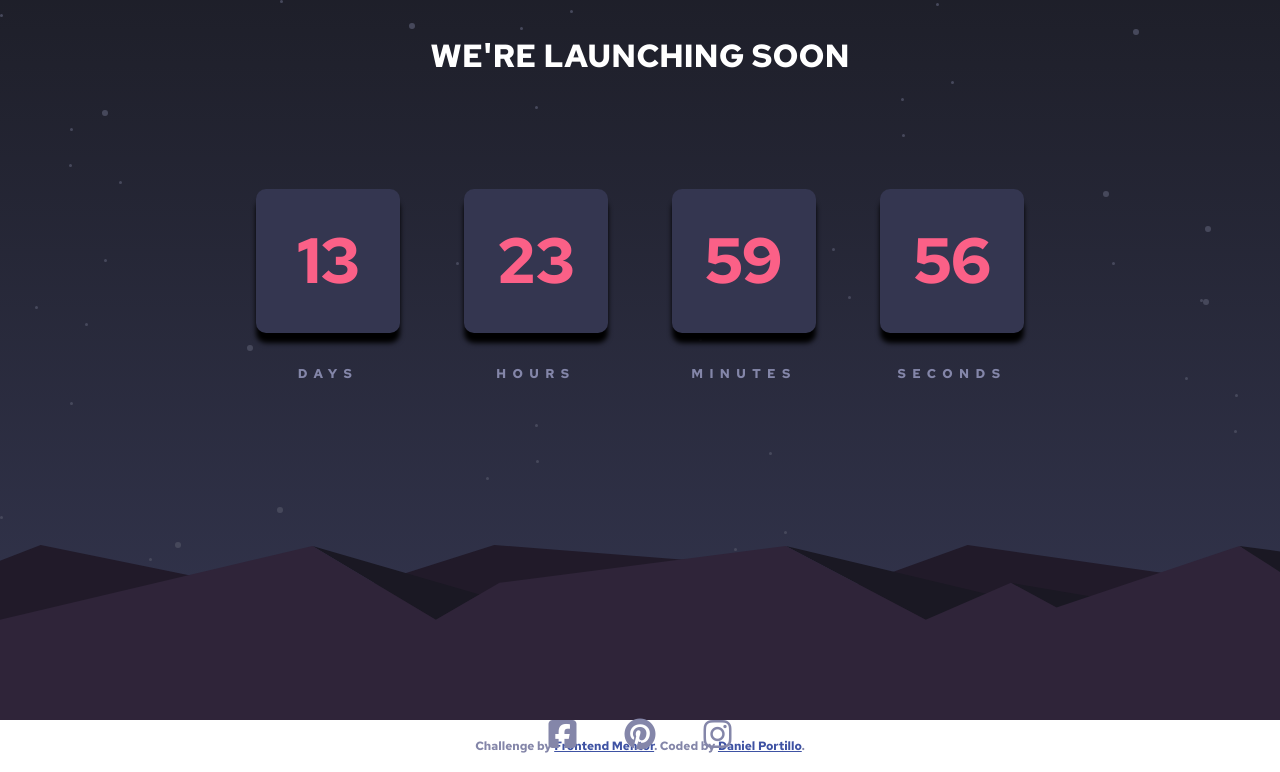
Repository: dportillo23/launch-countdown-timer-main
Page: index.html
The author's editor kept a copy of each file at every save. The page is drawn from the files as they stood at one save, then again after the next save.
The browser window is 1280 px wide. The pictures show the whole page.
Some web libraries are served in a nearby version. The style sheet was rebuilt from its Sass, Less or Tailwind sources for each picture, by a compiler version that may differ from the author's.

Above is the page before, as saved 2021-07-01 14:31:22.

### index.html
<!DOCTYPE html>
<html lang="en">

<head>
  <meta charset="UTF-8">
  <meta name="viewport" content="width=device-width, initial-scale=1.0">

  <!-- displays site properly based on user's device -->
  <link rel="stylesheet" href="style.css">
  <link rel="icon" type="image/png" sizes="32x32" href="./images/favicon-32x32.png">

  <!-- Fontawesome connection -->
  <script src="https://kit.fontawesome.com/22e099610c.js" crossorigin="anonymous"></script>
  <link rel="stylesheet" href="path/to/font-awesome/css/font-awesome.min.css">

  <!-- Google fonts -->
  <link rel="preconnect" href="https://fonts.gstatic.com">
  <link href="https://fonts.googleapis.com/css2?family=Red+Hat+Text:wght@700&display=swap" rel="stylesheet">

  <title>Frontend Mentor | Launch countdown timer</title>

</head>

<body>
  <div class="header">
    <div class="container">

      <h1 class="title">We're launching soon</h1>

      <!-- Cards Section -->
      <div class="cards--section">

        <!-- Days card -->
        <div class="cards--container">
          <div class="card--number--container days" id="days">
            14
          </div>
          <h3 class="card--subtitle">Days</h3>
        </div>

        <!-- Hours card -->
        <div class="cards--container">
          <div class="card--number--container front  hours" id="hours">
            00
          </div>
          <h3 class="card--subtitle">Hours</h3>
        </div>

        <!-- Minutes card -->
        <div class="cards--container">
          <div class="card--number--container  minutes" id="minutes">
            00
          </div>
          <h3 class="card--subtitle">Minutes</h3>
        </div>

        <!-- Seconds card -->
        <div class="cards--container">
          <div class="card--number--container seconds" data-value="" id="seconds">
           00
          </div>
          <h3 class="card--subtitle">Seconds</h3>
        </div>
      </div>

      <!-- Social media icons section -->
      <div class="social--container">
        <img src="./images/pattern-hills.svg" alt="hills" srcset="">
        <a href=""><i class="fab fa-facebook-square"></i></a></i><a href=""><i class="fab fa-pinterest"></i></a><a
          href=""><i class="fab fa-instagram"></i></a></div>
    </div>
  </div>

<!-- Footer -->
  <footer>
    <div class="attribution">
      Challenge by <a href="https://www.frontendmentor.io?ref=challenge" target="_blank">Frontend Mentor</a>.
      Coded by <a href="https://dportillo23.github.io/My-Personal-Site/">Daniel Portillo</a>.
    </div>
  </footer>

  <script src="app.js"></script>
</body>

</html>

### app.js
// Functions
// Function to make the difference between end and actual time
function difference(endTime, startTime) {
    return endTime - startTime;}

//Change 60 for 00
const sixtyToZero = num => {
    if (num == 60) {
        num = "00"
    }

    return num
}


//  Function to add leading zeros if needed
function addLeadingZero(num) {
    if (num < 10) {
        num = "0" + num;
    }
    return num;
}

class Card {
    constructor(_class, _initialTime) {
        this.card = document.getElementById(_class);
        this.actualTime = _initialTime;
        this.pastTime = _initialTime;
        this.updateTimer(this.actualTime);
    }

    setNewTimes(_time) {
        this.pastTime = this.actualTime;
        this.actualTime = sixtyToZero(addLeadingZero(_time));
        this.updateTimer(this.actualTime);
        if (this.actualTime !== this.pastTime) {
            this.flipCard()
        }
    }

    updateTimer(_newTime) {
        this.card.innerHTML = _newTime;
    }

    flipCard() {
        console.log("Flip Card " + this.card.id);
    }
}


// Constants
const seconds = 1000;
const minutes = seconds * 60;
const hours = minutes * 60;
const days = hours * 24;

// Create Card Objects
const daysCard = new Card("days", "14");
const hoursCard = new Card("hours", "00");
const minutesCard = new Card("minutes", "00");
const secondsCard = new Card("seconds", "00");


// Set counter final day
const finish = new Date();
finish.setDate(finish.getDate() + 14);


// Start countdown
setInterval(() => {
    const actualTime = new Date();
    const timeDifference = difference(finish, actualTime);

    daysCard.setNewTimes(Math.floor(timeDifference / days));
    hoursCard.setNewTimes(Math.floor((timeDifference % days) / hours));
    minutesCard.setNewTimes(Math.floor((timeDifference % hours) / minutes));
    secondsCard.setNewTimes((Math.floor((timeDifference % minutes) / seconds) + 1));

}, 1000);

### style.scss
*,
*::before,
*::after {
    box-sizing: border-box;
    margin: 0;
}

$col-ppal: hsl(237, 18%, 59%);
$col-red: hsl(345, 95%, 68%);

$col-dark: hsl(236, 21%, 26%);
$col-dark-blue: hsl(235, 16%, 14%);
$col-darker: hsl(234, 17%, 12%);

body {
    font-family: 'Red Hat Text', sans-serif;
    color: $col-ppal;
}

.header {
    min-height: 100vh;
    display: flex;
    flex-direction: column;
    justify-content: center;
    align-items: center;
    background: linear-gradient($col-dark-blue, $col-dark);
}

.container {
    min-height: 100vh;
    width: 100%;
    display: flex;
    flex-direction: column;
    justify-content: center;
    align-items: center;
    gap: 7em;
    position: relative;
    background: url('./images/bg-stars.svg');
}

.title {
    text-transform: uppercase;
    color: #fff;
}

// Cards Secition

.cards--section {
    display: flex;
    gap: 4em;
}

.cards--container {
    display: flex;
    flex-direction: column;
    gap: 2em;
    justify-content: center;
    align-items: center;
}

.card--number--container {
    display: flex;
    justify-content: center;
    align-items: center;
    padding: 1em;
    width: 2.25em;
    height: 2.25em;
    background-color: $col-dark;
    border-radius: 10px;
    box-shadow: 0 10px 5px black;
    position: relative;
    overflow: hidden;
    transition: all 0.5s ease;
    backface-visibility: hidden;
    transform: rotateX(0deg);
    color: $col-red;
    font-size: 4rem;

    &::before {
        content: attr(data-value);
        width: 100%;
        height: 100%;
        color: red;
        position: absolute;
    }

    // &::after {
    //     content: attr(data-value);
    //     width: 100%;
    //     height: 100%;
    //     color: blue;
    //     position: absolute;
    //     display: flex;
    //     justify-content: center;
    //     align-items: center;
    // }
}

.card--subtitle {
    text-transform: uppercase;
    letter-spacing: 0.5em;
    font-size: 0.8em;
}

// Social media section

.social--container {
    width: 100%;
    height: 100%;
    padding-top: 10em;
    display: flex;
    align-items: center;
    justify-content: center;
    gap: 3em;
    // background: lightblue;

    img {
        width: 100%;

        position: absolute;
        z-index: 0;
        bottom: 0;
    }
}

.fab {
    position: relative;
    top: 2em;
    z-index: 1;
    font-size: 2rem;
    color: $col-ppal;

    &:hover {
        color: $col-red;
    }
}

// Footer

.attribution {
    padding: 1.5em;
    font-size: 12px;
    text-align: center;

    a {
        color: hsl(228, 45%, 44%);
    }
}

After the next save:
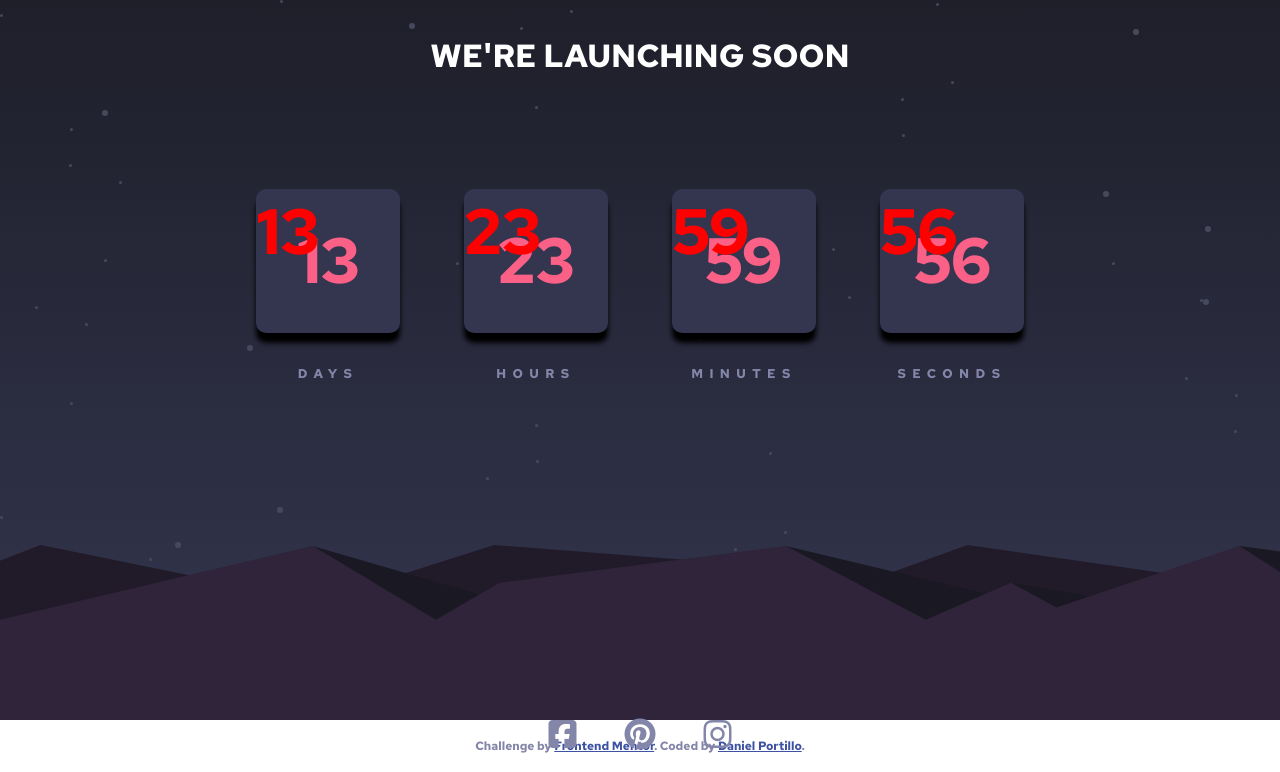
Saved 2 min 31 s later.
--- a/app.js
+++ b/app.js
@@ -33,6 +33,7 @@ class Card {
         this.pastTime = this.actualTime;
         this.actualTime = sixtyToZero(addLeadingZero(_time));
         this.updateTimer(this.actualTime);
+        this.setDataAttribute()
         if (this.actualTime !== this.pastTime) {
             this.flipCard()
         }
@@ -44,6 +45,10 @@ class Card {
 
     flipCard() {
         console.log("Flip Card " + this.card.id);
+    }
+
+    setDataAttribute () {
+        this.card.setAttribute("data-value", this.actualTime)
     }
 }
 
